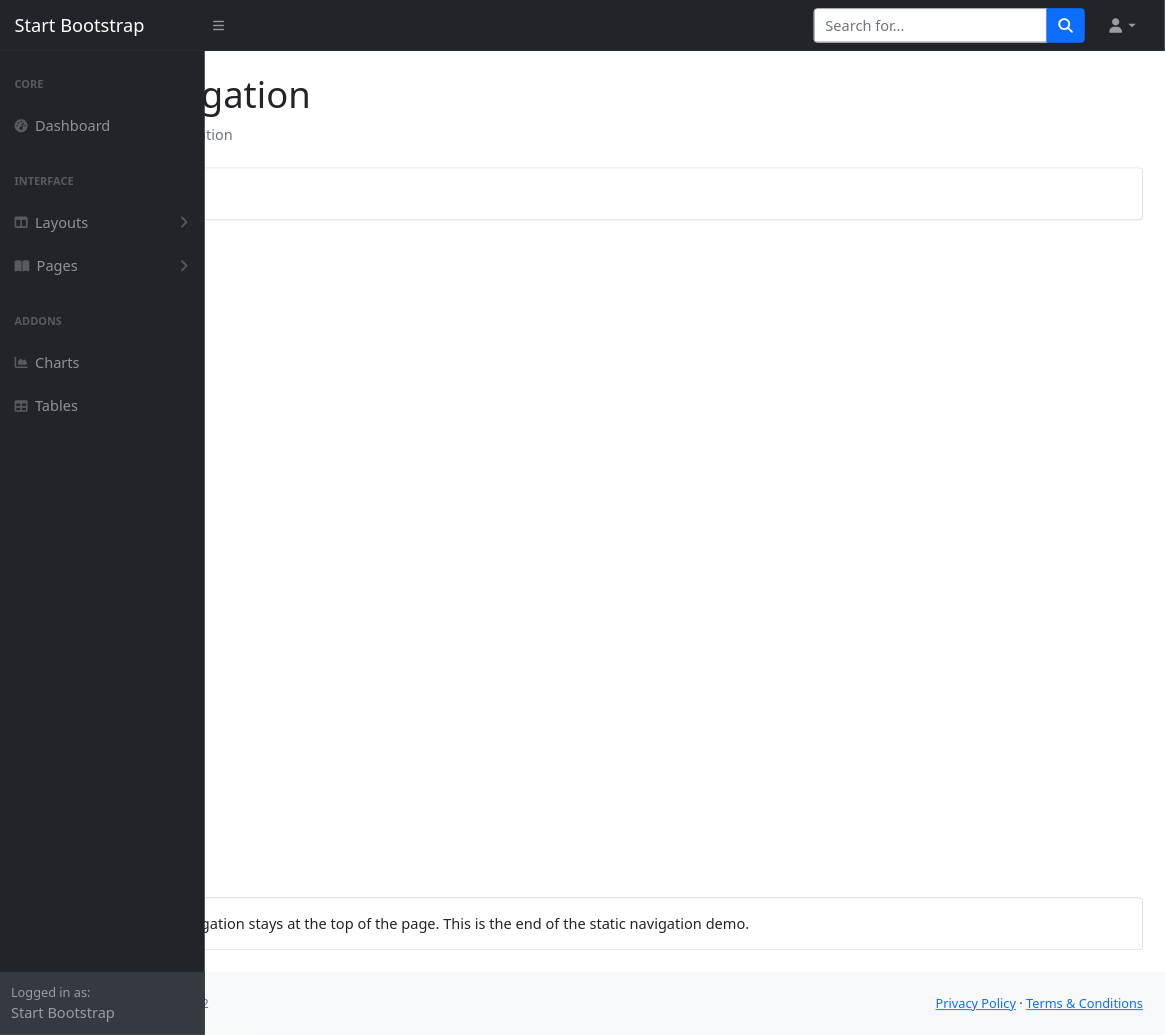
Repository: freddy1212/adulams
Page: templates/template.html.twig
These files come from the project's save history. The page is drawn as it stood at one moment and after a run of saves; the edit follows.
The browser window is 1280 px wide. The pictures show the whole page, at 91% of full size.
Some web libraries are served in a nearby version. The page is a Twig template of a Symfony application; nobody is signed in and links lead nowhere. The template is opened directly, without the code that normally fills it, so the values that code supplies are empty.

Above is the page before, as saved 2022-08-29 17:04:34.

### templates/template.html.twig
<!DOCTYPE html>
<html lang="en">
    <head>
        <meta charset="utf-8" />
        <meta http-equiv="X-UA-Compatible" content="IE=edge" />
        <meta name="viewport" content="width=device-width, initial-scale=1, shrink-to-fit=no" />
        <meta name="description" content="" />
        <meta name="author" content="" />
        <title>Static Navigation - SB Admin</title>
        <link href="{{asset('assets/css/styles.css')}}" rel="stylesheet" />
        <script src="https://use.fontawesome.com/releases/v6.1.0/js/all.js" crossorigin="anonymous"></script>
    </head>
    <body>
        <nav class="sb-topnav navbar navbar-expand navbar-dark bg-dark">
            <!-- Navbar Brand-->
            <a class="navbar-brand ps-3" href="index.html">Start Bootstrap</a>
            <!-- Sidebar Toggle-->
            <button class="btn btn-link btn-sm order-1 order-lg-0 me-4 me-lg-0" id="sidebarToggle" href="#!"><i class="fas fa-bars"></i></button>
            <!-- Navbar Search-->
            <form class="d-none d-md-inline-block form-inline ms-auto me-0 me-md-3 my-2 my-md-0">
                <div class="input-group">
                    <input class="form-control" type="text" placeholder="Search for..." aria-label="Search for..." aria-describedby="btnNavbarSearch" />
                    <button class="btn btn-primary" id="btnNavbarSearch" type="button"><i class="fas fa-search"></i></button>
                </div>
            </form>
            <!-- Navbar-->
            <ul class="navbar-nav ms-auto ms-md-0 me-3 me-lg-4">
                <li class="nav-item dropdown">
                    <a class="nav-link dropdown-toggle" id="navbarDropdown" href="#" role="button" data-bs-toggle="dropdown" aria-expanded="false"><i class="fas fa-user fa-fw"></i></a>
                    <ul class="dropdown-menu dropdown-menu-end" aria-labelledby="navbarDropdown">
                        <li><a class="dropdown-item" href="#!">Settings</a></li>
                        <li><a class="dropdown-item" href="#!">Activity Log</a></li>
                        <li><hr class="dropdown-divider" /></li>
                        <li><a class="dropdown-item" href="#!">Logout</a></li>
                    </ul>
                </li>
            </ul>
        </nav>
        <div id="layoutSidenav">
            <div id="layoutSidenav_nav">
                <nav class="sb-sidenav accordion sb-sidenav-dark" id="sidenavAccordion">
                    <div class="sb-sidenav-menu">
                        <div class="nav">
                            <div class="sb-sidenav-menu-heading">Core</div>
                            <a class="nav-link" href="index.html">
                                <div class="sb-nav-link-icon"><i class="fas fa-tachometer-alt"></i></div>
                                Dashboard
                            </a>
                            <div class="sb-sidenav-menu-heading">Interface</div>
                            <a class="nav-link collapsed" href="#" data-bs-toggle="collapse" data-bs-target="#collapseLayouts" aria-expanded="false" aria-controls="collapseLayouts">
                                <div class="sb-nav-link-icon"><i class="fas fa-columns"></i></div>
                                Layouts
                                <div class="sb-sidenav-collapse-arrow"><i class="fas fa-angle-down"></i></div>
                            </a>
                            <div class="collapse" id="collapseLayouts" aria-labelledby="headingOne" data-bs-parent="#sidenavAccordion">
                                <nav class="sb-sidenav-menu-nested nav">
                                    <a class="nav-link" href="layout-static.html">Static Navigation</a>
                                    <a class="nav-link" href="layout-sidenav-light.html">Light Sidenav</a>
                                </nav>
                            </div>
                            <a class="nav-link collapsed" href="#" data-bs-toggle="collapse" data-bs-target="#collapsePages" aria-expanded="false" aria-controls="collapsePages">
                                <div class="sb-nav-link-icon"><i class="fas fa-book-open"></i></div>
                                Pages
                                <div class="sb-sidenav-collapse-arrow"><i class="fas fa-angle-down"></i></div>
                            </a>
                            <div class="collapse" id="collapsePages" aria-labelledby="headingTwo" data-bs-parent="#sidenavAccordion">
                                <nav class="sb-sidenav-menu-nested nav accordion" id="sidenavAccordionPages">
                                    <a class="nav-link collapsed" href="#" data-bs-toggle="collapse" data-bs-target="#pagesCollapseAuth" aria-expanded="false" aria-controls="pagesCollapseAuth">
                                        Authentication
                                        <div class="sb-sidenav-collapse-arrow"><i class="fas fa-angle-down"></i></div>
                                    </a>
                                    <div class="collapse" id="pagesCollapseAuth" aria-labelledby="headingOne" data-bs-parent="#sidenavAccordionPages">
                                        <nav class="sb-sidenav-menu-nested nav">
                                            <a class="nav-link" href="login.html">Login</a>
                                            <a class="nav-link" href="register.html">Register</a>
                                            <a class="nav-link" href="password.html">Forgot Password</a>
                                        </nav>
                                    </div>
                                    <a class="nav-link collapsed" href="#" data-bs-toggle="collapse" data-bs-target="#pagesCollapseError" aria-expanded="false" aria-controls="pagesCollapseError">
                                        Error
                                        <div class="sb-sidenav-collapse-arrow"><i class="fas fa-angle-down"></i></div>
                                    </a>
                                    <div class="collapse" id="pagesCollapseError" aria-labelledby="headingOne" data-bs-parent="#sidenavAccordionPages">
                                        <nav class="sb-sidenav-menu-nested nav">
                                            <a class="nav-link" href="401.html">401 Page</a>
                                            <a class="nav-link" href="404.html">404 Page</a>
                                            <a class="nav-link" href="500.html">500 Page</a>
                                        </nav>
                                    </div>
                                </nav>
                            </div>
                            <div class="sb-sidenav-menu-heading">Addons</div>
                            <a class="nav-link" href="charts.html">
                                <div class="sb-nav-link-icon"><i class="fas fa-chart-area"></i></div>
                                Charts
                            </a>
                            <a class="nav-link" href="tables.html">
                                <div class="sb-nav-link-icon"><i class="fas fa-table"></i></div>
                                Tables
                            </a>
                        </div>
                    </div>
                    <div class="sb-sidenav-footer">
                        <div class="small">Logged in as:</div>
                        Start Bootstrap
                    </div>
                </nav>
            </div>
            <div id="layoutSidenav_content">
                <main>
                    <div class="container-fluid px-4">
                        <h1 class="mt-4">Static Navigation</h1>
                        <ol class="breadcrumb mb-4">
                            <li class="breadcrumb-item"><a href="index.html">Dashboard</a></li>
                            <li class="breadcrumb-item active">Static Navigation</li>
                        </ol>
                        <div class="card mb-4">
                            <div class="card-body">
                                {% block body %}
                                    Template Body
                                {% endblock %}
                            </div>
                        </div>
                        <div style="height: 100vh"></div>
                        <div class="card mb-4"><div class="card-body">When scrolling, the navigation stays at the top of the page. This is the end of the static navigation demo.</div></div>
                    </div>
                </main>
                <footer class="py-4 bg-light mt-auto">
                    <div class="container-fluid px-4">
                        <div class="d-flex align-items-center justify-content-between small">
                            <div class="text-muted">Copyright &copy; Your Website 2022</div>
                            <div>
                                <a href="#">Privacy Policy</a>
                                &middot;
                                <a href="#">Terms &amp; Conditions</a>
                            </div>
                        </div>
                    </div>
                </footer>
            </div>
        </div>
        <script src="https://cdn.jsdelivr.net/npm/bootstrap@5.1.3/dist/js/bootstrap.bundle.min.js" crossorigin="anonymous"></script>
        <script src="{{asset('assets/js/scripts.js')}}"></script>
    </body>
</html>

### public/assets/js/scripts.js
/*!
    * Start Bootstrap - SB Admin v7.0.5 (https://startbootstrap.com/template/sb-admin)
    * Copyright 2013-2022 Start Bootstrap
    * Licensed under MIT (https://github.com/StartBootstrap/startbootstrap-sb-admin/blob/master/LICENSE)
    */
    //
// Scripts
//

window.addEventListener('DOMContentLoaded', event => {

    // Toggle the side navigation
    const sidebarToggle = document.body.querySelector('#sidebarToggle');
    if (sidebarToggle) {
        // Uncomment Below to persist sidebar toggle between refreshes
        // if (localStorage.getItem('sb|sidebar-toggle') === 'true') {
        //     document.body.classList.toggle('sb-sidenav-toggled');
        // }
        sidebarToggle.addEventListener('click', event => {
            event.preventDefault();
            document.body.classList.toggle('sb-sidenav-toggled');
            localStorage.setItem('sb|sidebar-toggle', document.body.classList.contains('sb-sidenav-toggled'));
        });
    }

});

Loaded but not shown: public/assets/css/styles.css (library)

After the next 9 saves:
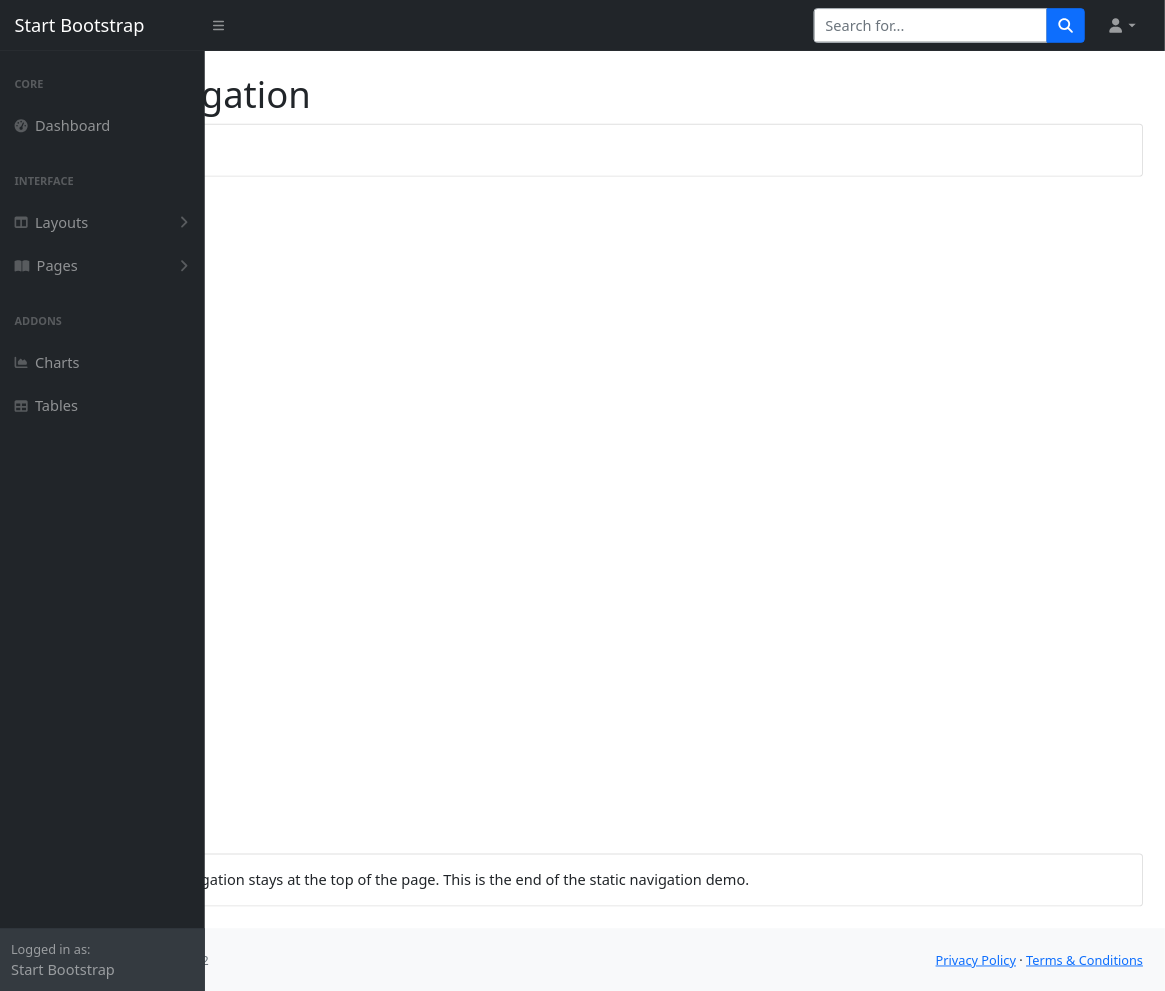
The 9 saves are shown as one change because they came seconds apart.
The last was saved 35 s later.
--- a/templates/template.html.twig
+++ b/templates/template.html.twig
@@ -109,11 +109,12 @@
             <div id="layoutSidenav_content">
                 <main>
                     <div class="container-fluid px-4">
-                        <h1 class="mt-4">Static Navigation</h1>
-                        <ol class="breadcrumb mb-4">
-                            <li class="breadcrumb-item"><a href="index.html">Dashboard</a></li>
-                            <li class="breadcrumb-item active">Static Navigation</li>
-                        </ol>
+                        <h1 class="mt-4">
+                            {% block PageTitle %}
+
+                            {% endblock %}
+                            Static Navigation
+                        </h1>
                         <div class="card mb-4">
                             <div class="card-body">
                                 {% block body %}
